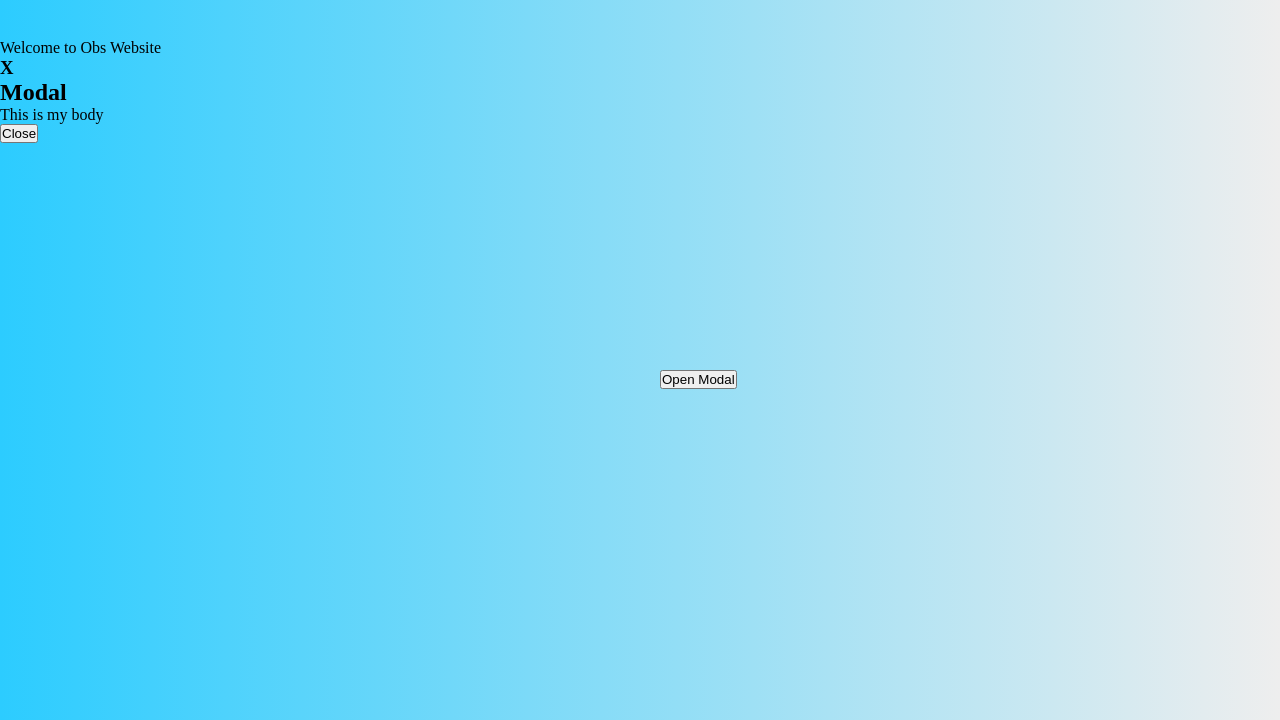
Repository: lausamtuong/Modal_card
Page: index.html
The author's editor kept a copy of each file at every save. The page is drawn from the files as they stood at one save, then again after the next save.
The browser window is 1280 px wide. The pictures show the whole page.
The style sheet was rebuilt from its Sass, Less or Tailwind sources for each picture, by a compiler version that may differ from the author's.

Above is the page before, as saved 2021-12-14 21:29:48.

### index.html
<!DOCTYPE html>
<html lang="en">
<head>
    <meta charset="UTF-8">
    <meta http-equiv="X-UA-Compatible" content="IE=edge">
    <meta name="viewport" content="width=device-width, initial-scale=1.0">
    <link rel="stylesheet" href="style.css">
    <title>Document</title>
</head>
<body>
    <button class="open__btn">Open Modal</button>
    <div class="modal">
        <div class="modal__inner">
            <div class="modal__heade">
                <p>Welcome to Obs Website</p>
                <h3>X</h3>
            </div>
            <div class="modal__body">
                <h2>Modal</h2>
                <p>This is my body</p>
            </div>
            <div class="modal__footer">
                <button class="modal__close-btn">Close</button>
            </div>
        </div>
    </div>
</body>
</html>

### style.scss
*{
    margin: 0;
    padding: 0;
    box-sizing: border-box;
}
body{
    height: 100vh;
    background:  linear-gradient( to right,#2cccff ,#eee );;
}
.open__btn{
     position: relative;;
   top:50%;
   left:50%;
   outline: none;
   margin : 10px 20px;
}

After the next save:
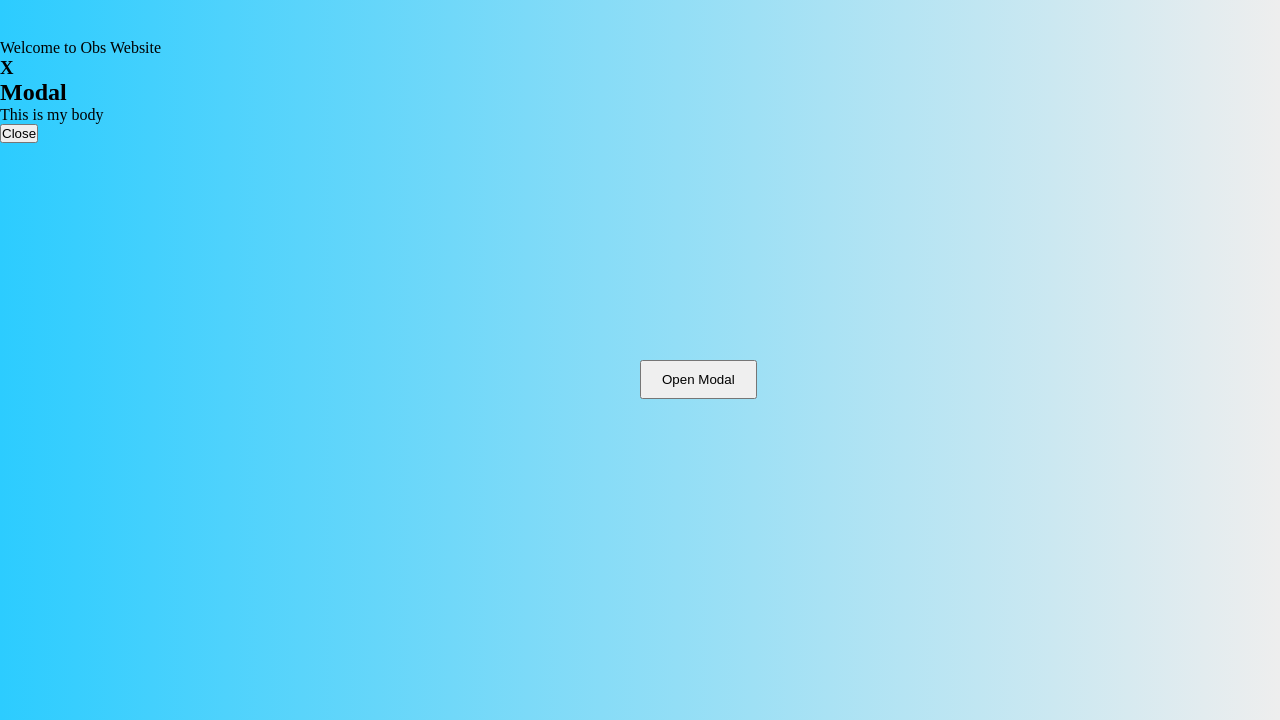
Saved 7 s later.
--- a/style.scss
+++ b/style.scss
@@ -12,5 +12,5 @@ body{
    top:50%;
    left:50%;
    outline: none;
-   margin : 10px 20px;
+   padding : 10px 20px;
 }
